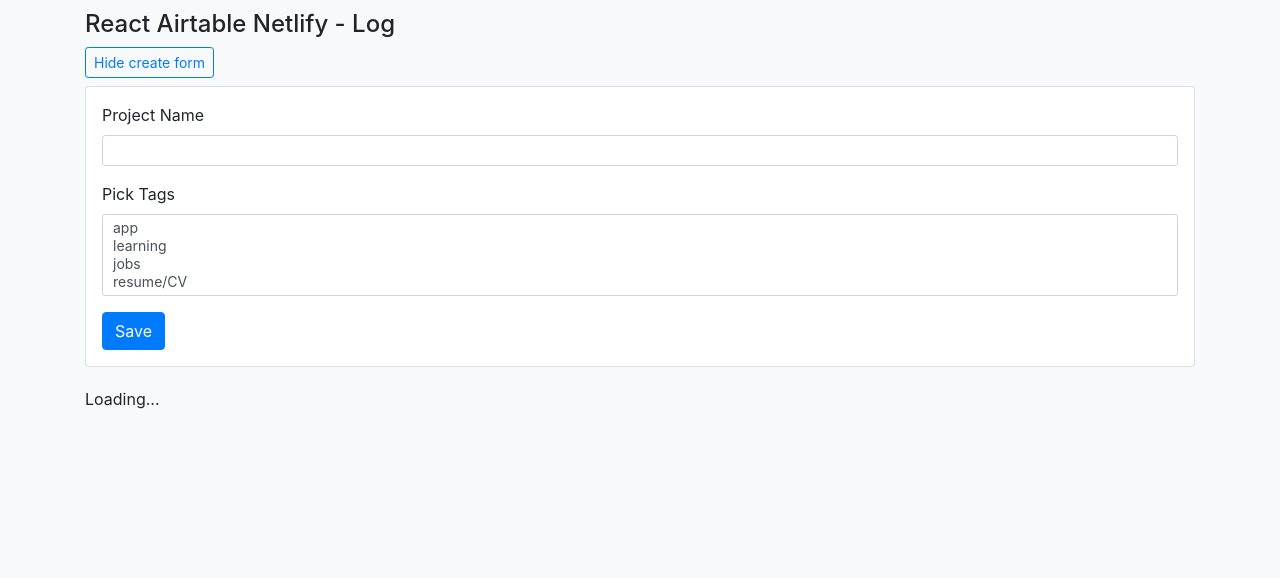
Repository: vilgaxDev/Airtable
Page: /, after clicking the first element matching `button.btn`
The author's editor kept a copy of each file at every save. The page is drawn from the files as they stood at one save, then again after the next save.
The browser window is 1280 px wide. The pictures show the whole page.
The page's requests for data from a server got no answer. The project was rebuilt for these pictures with package versions that can differ from the ones it lists, and the page was loaded fresh each time. No one was signed in, and anything a server would have sent is missing.

Above is the page before, as saved 2021-11-09 15:37:31.

After the next save:
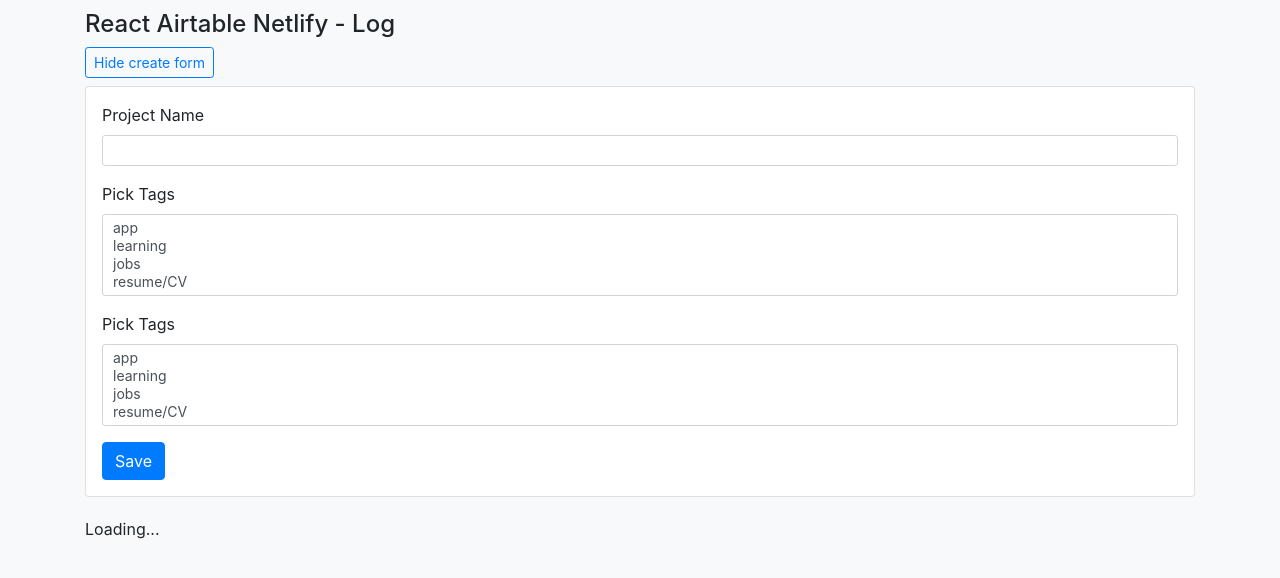
Saved 7 min 19 s later.
--- a/src/CreateForm.js
+++ b/src/CreateForm.js
@@ -81,6 +81,15 @@
                   <option value="resume/CV">resume/CV</option>
                 </select>
               </div>
+              <div className="form-group">
+                <label>Pick Tags</label>
+                <select name="tags" multiple={true} value={this.state.tags} onChange={this.handleInputChange} className="form-control form-control-sm" required>
+                  <option value="app">app</option>
+                  <option value="learning">learning</option>
+                  <option value="jobs">jobs</option>
+                  <option value="resume/CV">resume/CV</option>
+                </select>
+              </div>
               <div>
                 <input type="submit" value="Save" className="btn btn-primary mb-2"/>
               </div>
